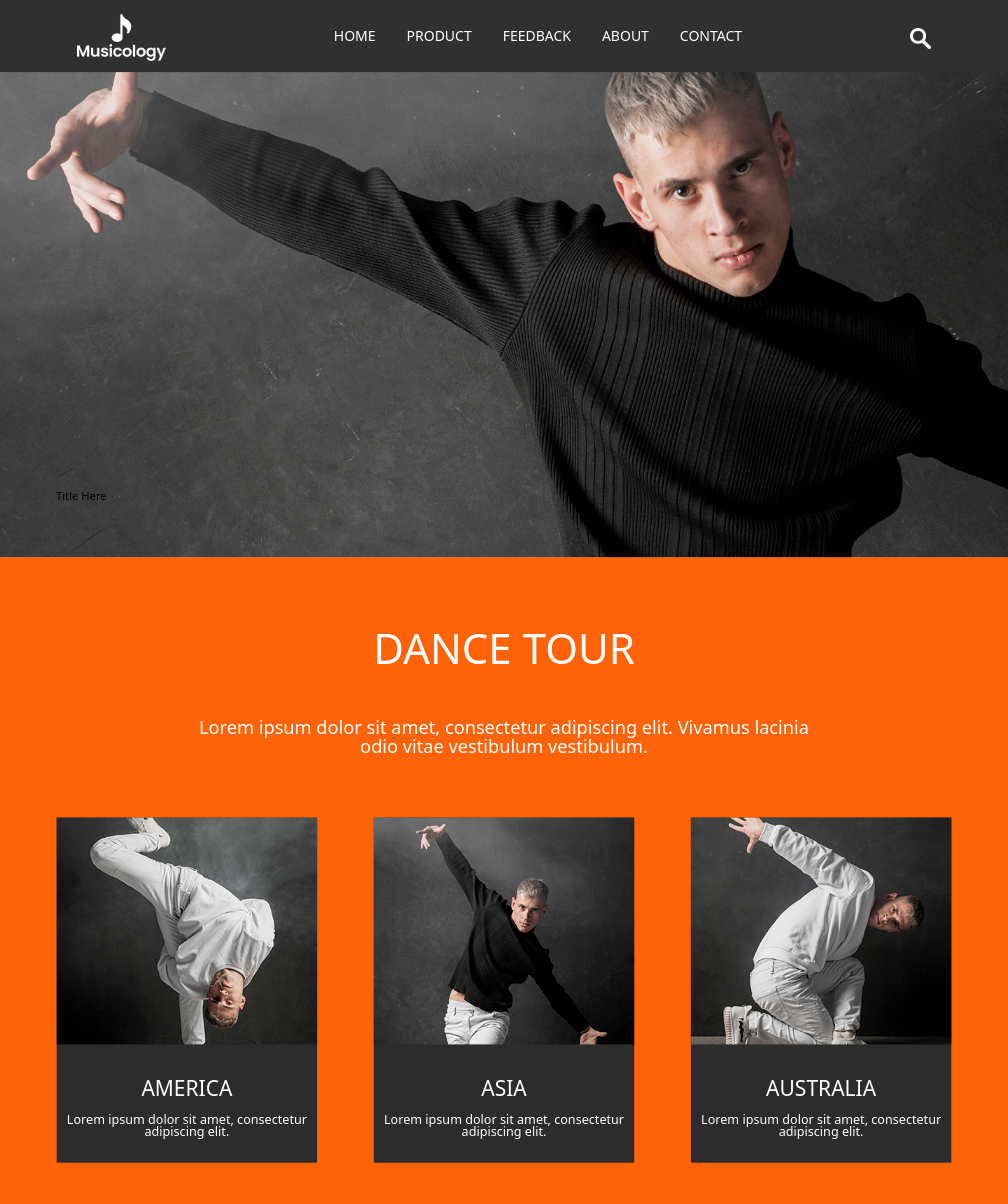
Repository: KinD2704/Web-University
Page: Bai30/index.html
An editor plug-in stored every save of this project. The page is shown before and after the next save, followed by the edit.
The browser window is 1280 px wide. The page is 1440 px wide, so the pictures cover 1440 px, including what lies to the right of the window. The pictures show the part of the page from y = 0 to 1720 px (the page is 7210 px tall), at 70% of full size.

Above is the page before, as saved 2023-12-23 23:11:05.

After the next save:
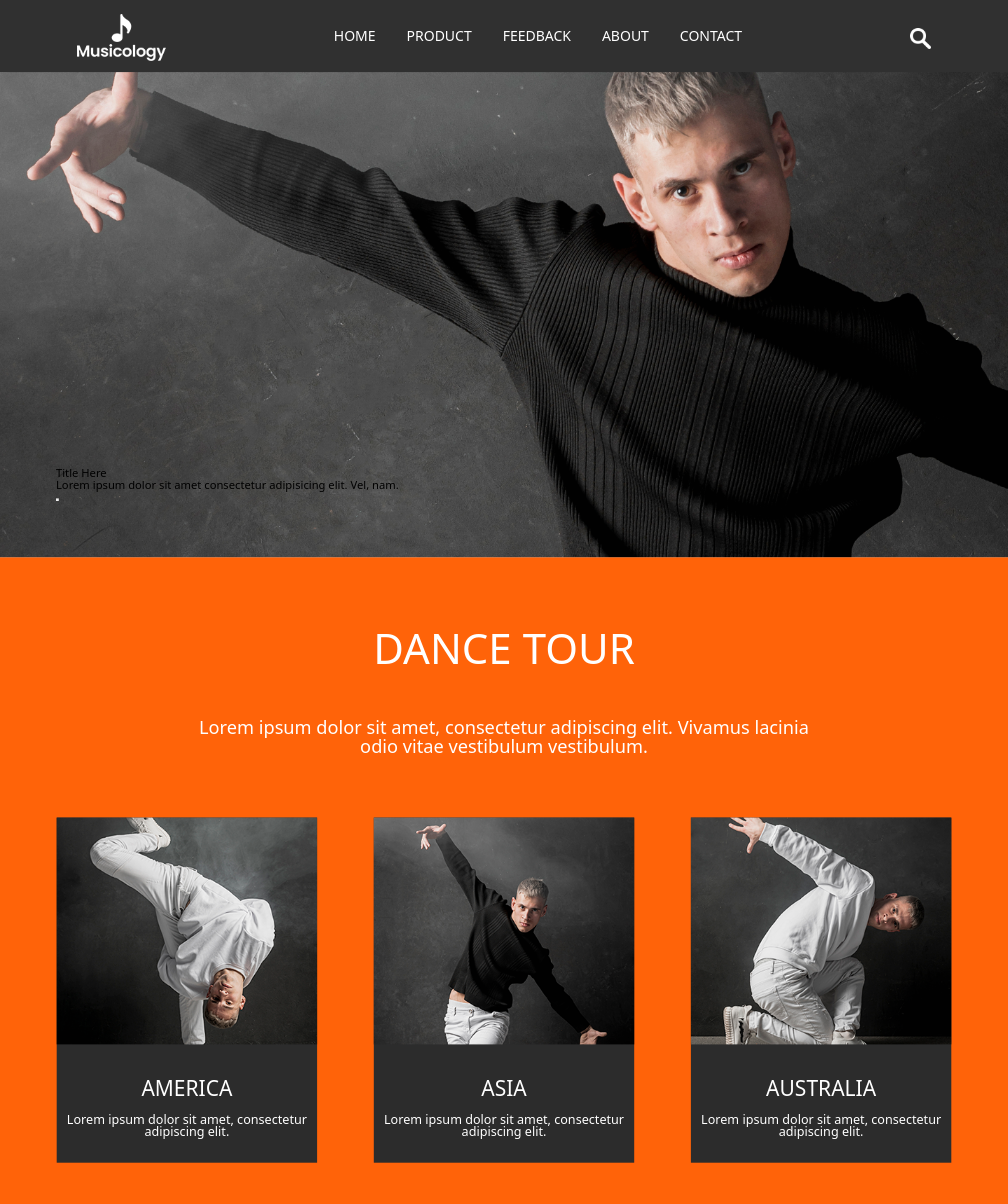
Saved 2 min 44 s later.
--- a/Bai30/index.html
+++ b/Bai30/index.html
@@ -33,8 +33,12 @@
     </header>
 
     <div class="banner1">
-        <div class="title">
-            Title Here
+        <div class="banner1__item">
+            <div><p>Title Here</p></div>
+            <div>Lorem ipsum dolor sit amet consectetur adipisicing elit. Vel, nam.</div>
+            <div>
+                <button class="buttonBtn"></button>
+            </div>
         </div>
     </div>
     <div class="banner2 h-974">
--- a/Bai30/css/styles.css
+++ b/Bai30/css/styles.css
@@ -47,7 +47,7 @@ header ul li:hover a {
     background-size: cover;
     position: relative;
 }
-.title {
+.banner1__item {
     position: absolute;
     bottom: 80px;
     left: 80px;
